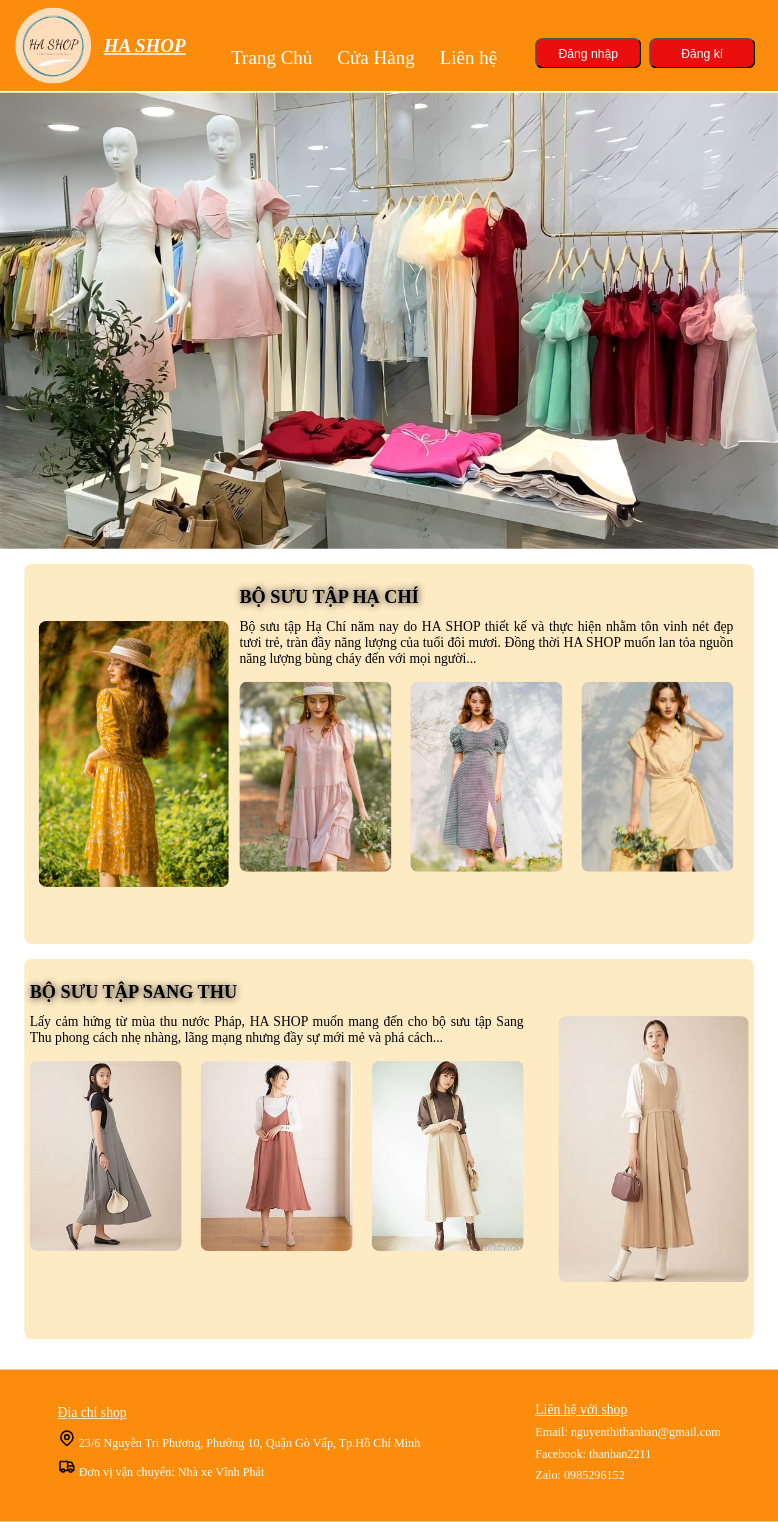
Repository: manhhieu120499/Project_ShopQuanAo
Page: index.html
The author's editor kept a copy of each file at every save. The page is drawn from the files as they stood at one save, then again after the next save.
The browser window is 1024 px wide. The pictures show the whole page, at 76% of full size.

Above is the page before, as saved 2023-04-07 22:34:09.

After the next save:
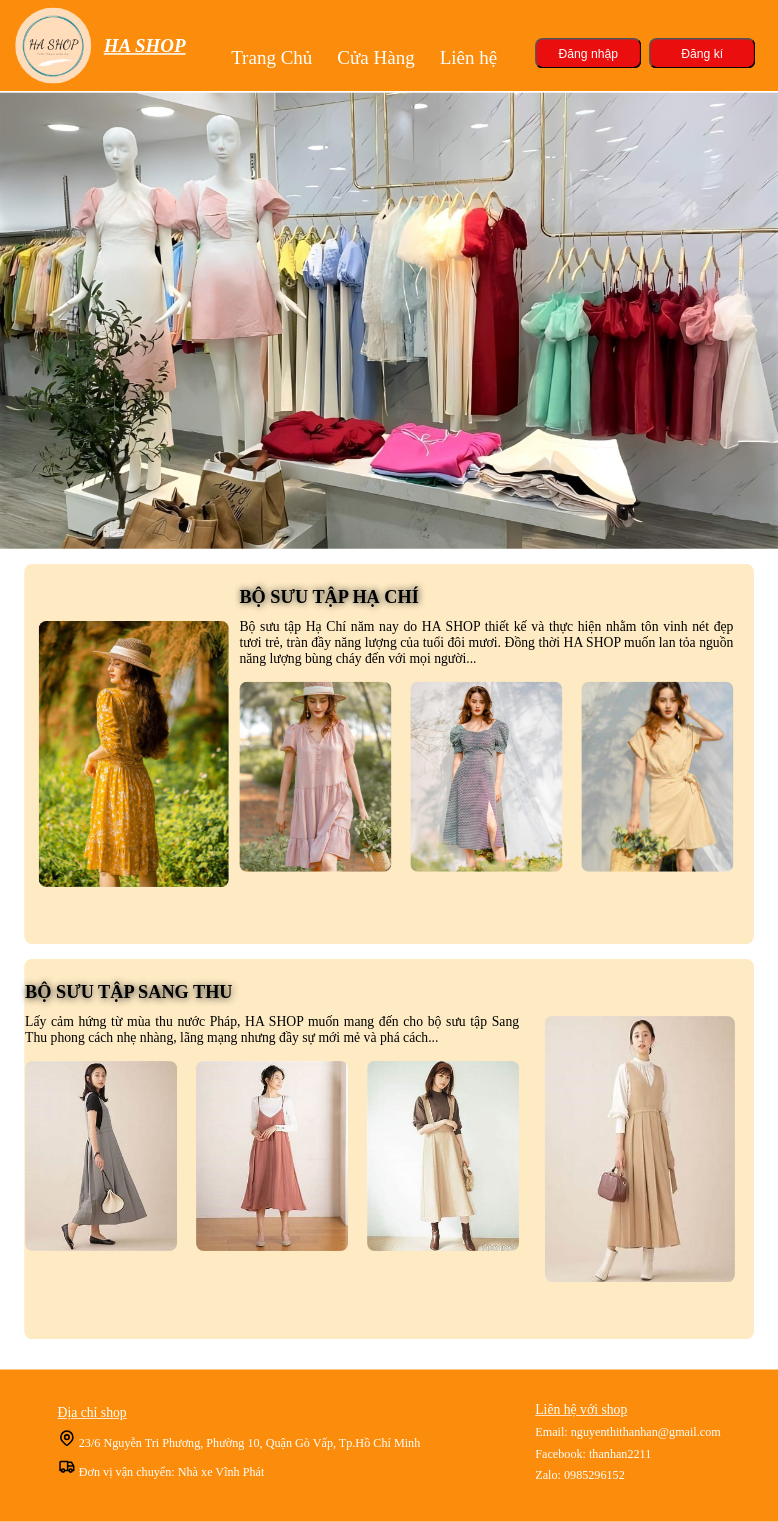
Saved 2 min 13 s later.
--- a/responsive/responsive_trangchu.css
+++ b/responsive/responsive_trangchu.css
@@ -38,4 +38,8 @@
     .right_description .desc{
         text-align: justify;
     }
+
+    .album_two .left_picture {
+        margin-right: 24px;
+    }
 }
